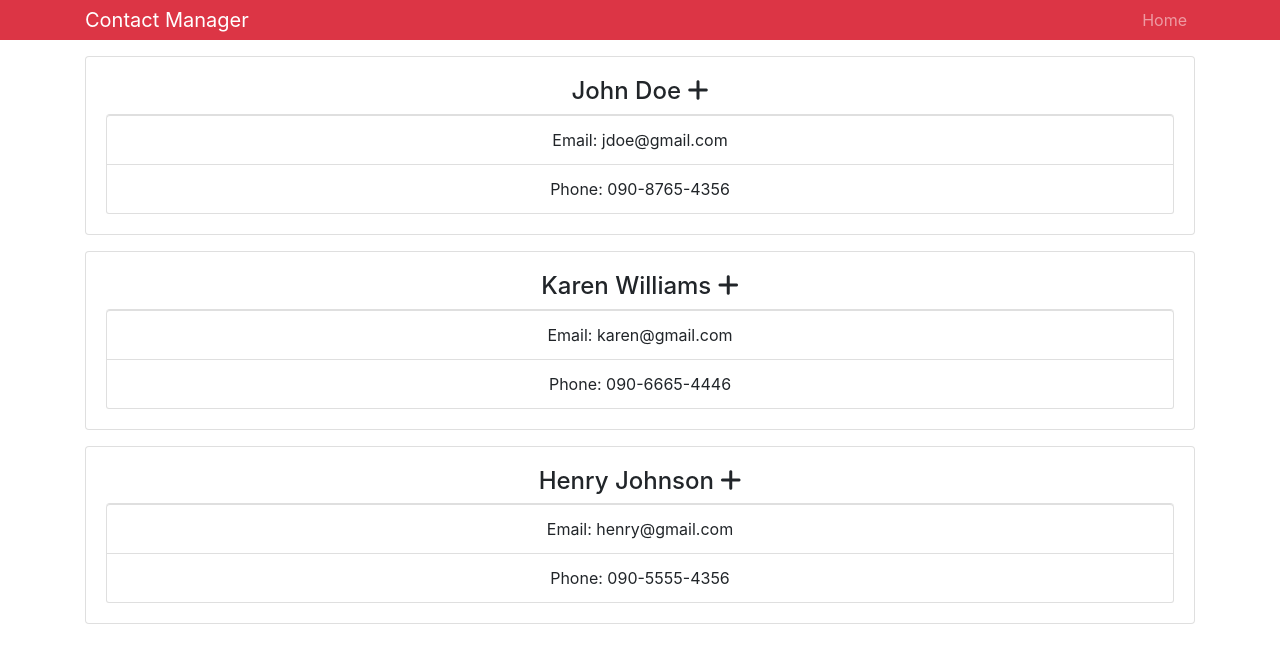
Repository: IkennaU/contactmanager
Page: /test
An editor plug-in stored every save of this project. The page is shown before and after the next save, followed by the edit.
The browser window is 1280 px wide. The pictures show the whole page.
Some web libraries are served in a nearby version. The project was rebuilt for these pictures with package versions that can differ from the ones it lists, and the page was loaded fresh each time.

Above is the page before, as saved 2020-07-20 17:00:00.

### public/index.html
<!DOCTYPE html>
<html lang="en">
  <head>
    <meta charset="utf-8" />
    <link rel="icon" href="%PUBLIC_URL%/favicon.ico" />
    <meta name="viewport" content="width=device-width, initial-scale=1" />
    <meta name="theme-color" content="#000000" />
    <meta
      name="description"
      content="Web site created using create-react-app"
    />
    <link rel="apple-touch-icon" href="%PUBLIC_URL%/logo192.png" />
    <!--
      manifest.json provides metadata used when your web app is installed on a
      user's mobile device or desktop. See https://developers.google.com/web/fundamentals/web-app-manifest/
    -->
    <link rel="manifest" href="%PUBLIC_URL%/manifest.json" />
    <!--
      Notice the use of %PUBLIC_URL% in the tags above.
      It will be replaced with the URL of the `public` folder during the build.
      Only files inside the `public` folder can be referenced from the HTML.

      Unlike "/favicon.ico" or "favicon.ico", "%PUBLIC_URL%/favicon.ico" will
      work correctly both with client-side routing and a non-root public URL.
      Learn how to configure a non-root public URL by running `npm run build`.
    -->
    <title>Contact Manager</title>
  </head>
  <body>
    <noscript>You need to enable JavaScript to run this app.</noscript>
    <div id="root"></div>
    <!--
      This HTML file is a template.
      If you open it directly in the browser, you will see an empty page.

      You can add webfonts, meta tags, or analytics to this file.
      The build step will place the bundled scripts into the <body> tag.

      To begin the development, run `npm start` or `yarn start`.
      To create a production bundle, use `npm run build` or `yarn build`.
    -->
  </body>
  <script src="https://kit.fontawesome.com/98795c63b9.js"></script>
</html>

### src/App.js
import React from "react";
import Contact from "./components/Contact";
import Contacts from "./components/Contacts";
import Header from "./components/Header";
import "bootstrap/dist/css/bootstrap.min.css";

import "./App.css";

function App() {
  return (
    <div className="App">
      <Header branding="Contact Manager" />
      <div className="container">
        <Contacts />
      </div>
    </div>
  );
}

export default App;

### src/components/Contact.js
import React, { Component } from "react";
import PropTypes from "prop-types";

class Contact extends Component {
  static propTypes = {
    name: PropTypes.string.isRequired,
    email: PropTypes.string.isRequired,
    phone: PropTypes.string.isRequired,
  };

  render() {
    return (
      <div className="card card-body mb-3">
        <h4>
          {this.props.name} <i className="fas fa-plus" />
        </h4>
        <ul className="list-group">
          <li className="list-group-item">Email: {this.props.email}</li>
          <li className="list-group-item">Phone: {this.props.phone}</li>
        </ul>
      </div>
    );
  }
}

export default Contact;

### src/components/Contacts.js
import React, { Component } from "react";
import PropTypes from "prop-types";
import Contact from "./Contact";

class Contacts extends Component {
  static propTypes = {};

  constructor() {
    super();
    this.state = {
      contacts: [
        {
          id: 1,
          name: "John Doe",
          email: "jdoe@gmail.com",
          phone: "090-8765-4356",
        },
        {
          id: 2,
          name: "Karen Williams",
          email: "karen@gmail.com",
          phone: "090-6665-4446",
        },
        {
          id: 3,
          name: "Henry Johnson",
          email: "henry@gmail.com",
          phone: "090-5555-4356",
        },
      ],
    };
  }

  render() {
    const { contacts } = this.state;
    return (
      <div>
        {contacts.map((contact) => (
          <Contact
            key={contact.id}
            name={contact.name}
            email={contact.email}
            phone={contact.phone}
          />
        ))}{" "}
      </div>
    );
  }
}

export default Contacts;

### src/components/Header.js
import React from "react";
import PropTypes from "prop-types";

function Header(props) {
  return (
    <nav className="navbar navbar-expand-sm navbar-dark bg-danger mb-3 py-0">
      <div className="container">
        <a href="/" className="navbar-brand">
          {props.branding}
        </a>
        <div>
          <ul className="navbar-nav mr-auto">
            <li className="nav-item">
              <a href="/" className="nav-link">
                Home
              </a>
            </li>
          </ul>
        </div>
      </div>
    </nav>
  );
}
Header.propTypes = { branding: PropTypes.string.isRequired };

export default Header;

Loaded but not shown: src/index.js (common file); src/serviceWorker.js (common file); src/App.css (common file)

After the next save:
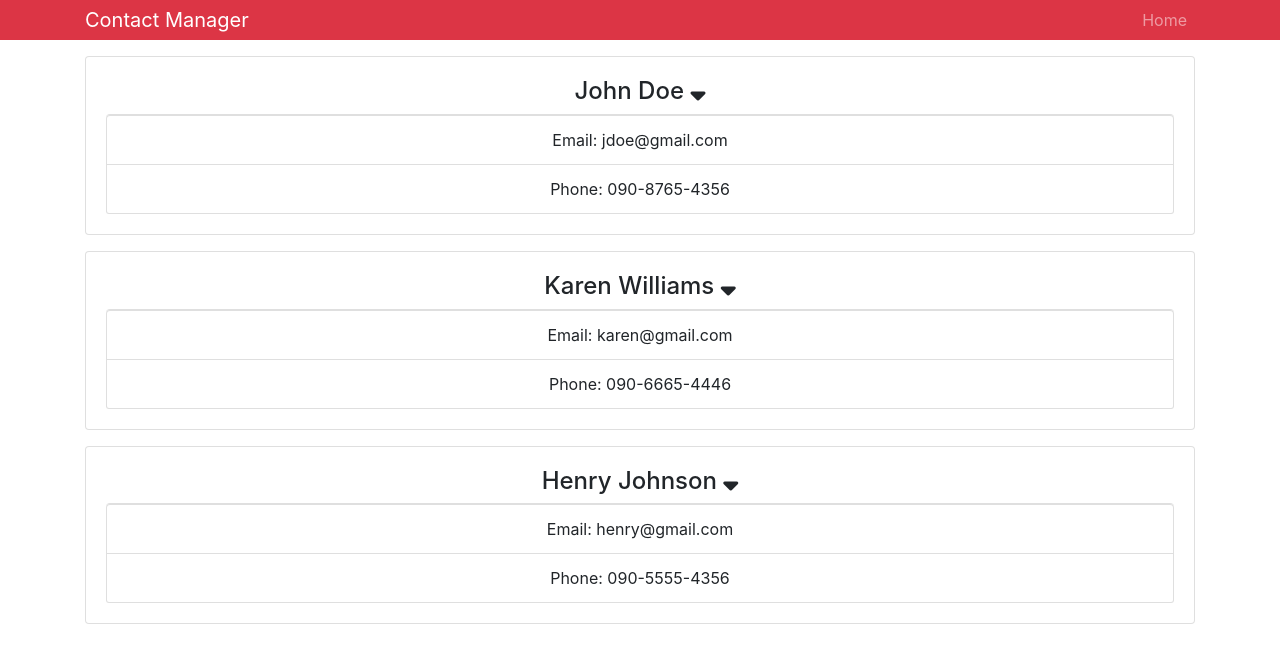
Saved 73 s later.
--- a/src/components/Contact.js
+++ b/src/components/Contact.js
@@ -12,7 +12,7 @@ class Contact extends Component {
     return (
       <div className="card card-body mb-3">
         <h4>
-          {this.props.name} <i className="fas fa-plus" />
+          {this.props.name} <i className="fas fa-sort-down" />
         </h4>
         <ul className="list-group">
           <li className="list-group-item">Email: {this.props.email}</li>
